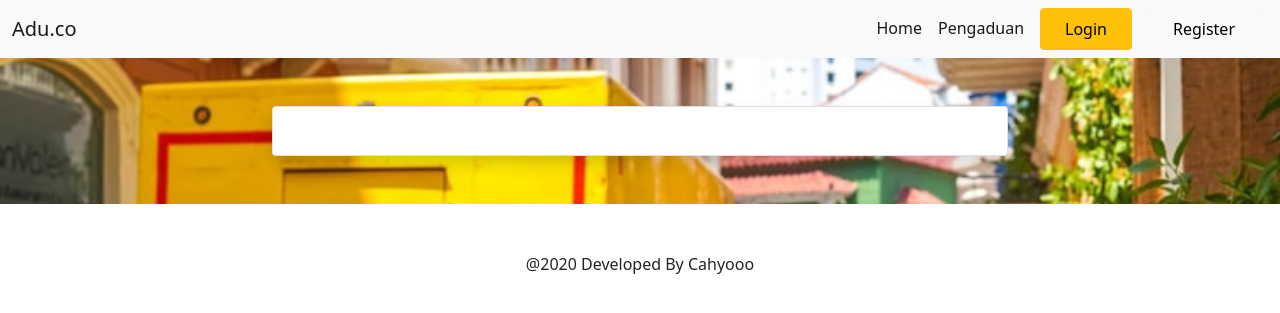
Repository: khulqu15/pengaduan2
Page: http://localhost/form/pengaduan
An editor plug-in stored every save of this project. The page is shown before and after the next save, followed by the edit.
The browser window is 1280 px wide. The pictures show the whole page.
The page is served by the project's Laravel application, run on PHP 8.4 with Laravel 8.

Above is the page before, as saved 2021-02-23 21:21:15.

After the next save:
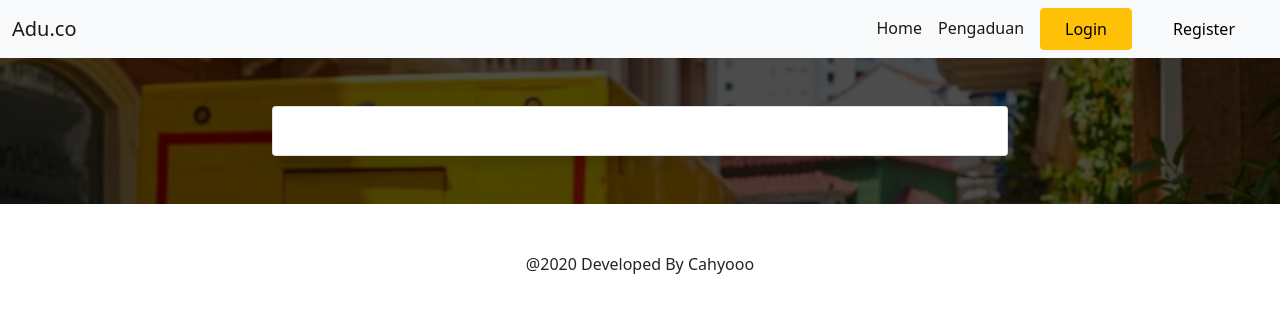
Saved 11 s later.
--- a/resources/views/pengaduan.blade.php
+++ b/resources/views/pengaduan.blade.php
@@ -4,6 +4,7 @@
 
 @section('content')
     <div class="container-fluid image-footer-home py-5">
+        <div class="overlay"></div>
         <div class="container">
             <div class="row">
                 <div class="col-md-8 offset-md-2">
